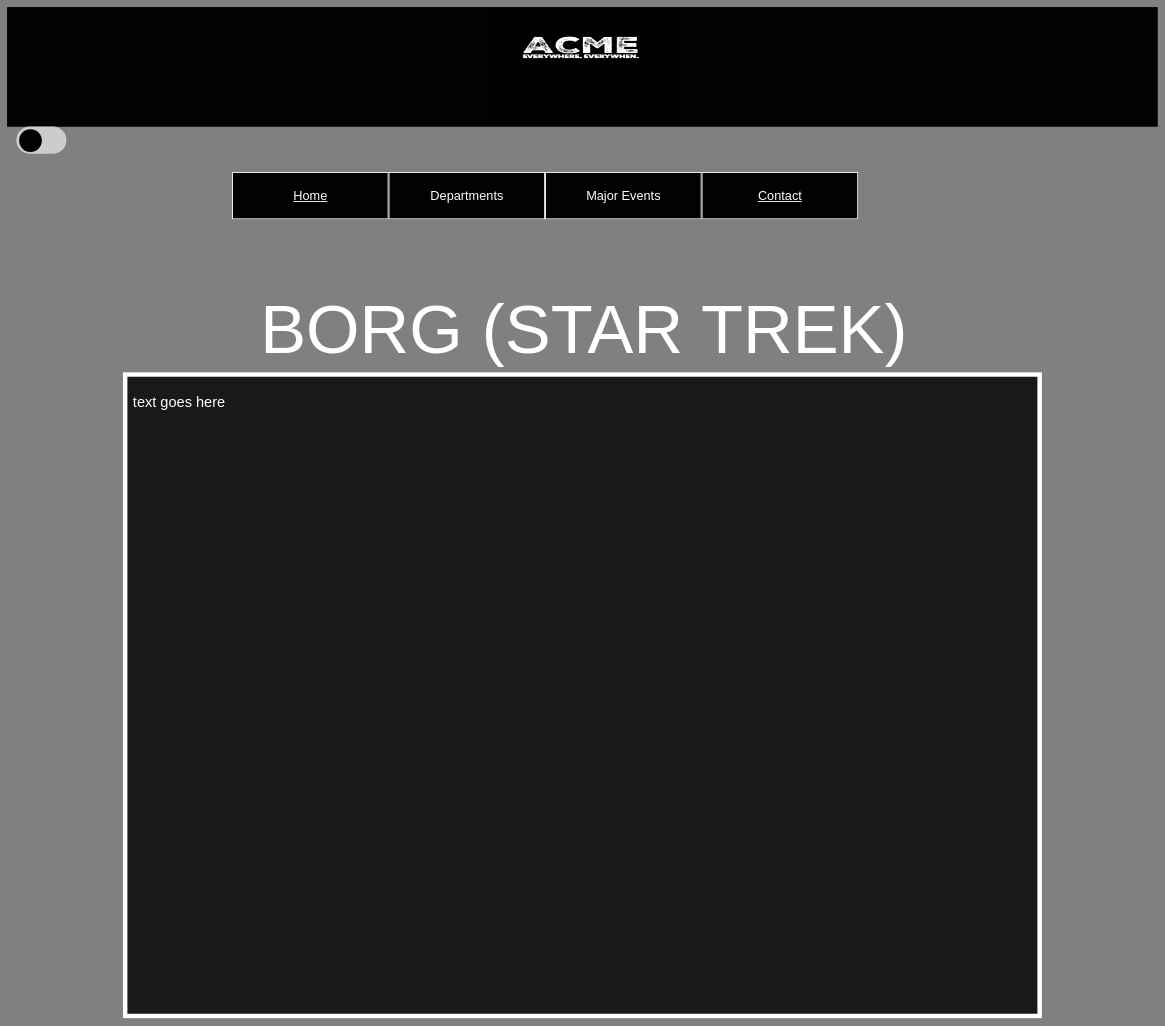
Repository: omega7379/omega7379.github.io
Page: ork.html
The author's editor kept a copy of each file at every save. The page is drawn from the files as they stood at one save, then again after the next save.
The browser window is 1280 px wide. The pictures show the whole page, at 91% of full size.

Above is the page before, as saved 2022-07-02 17:20:03.

### ork.html
<!--created by Josip Bailey
Created 250122, Last Update 240622-->
<!DOCTYPE html>
<!--meta data-->
<meta charset="UTF-8">
<meta http-equiv="X-UA-Compatible" content="IE=edge">
<meta name="viewport" content="width=device-width, initial-scale=1.0">

<html lang="en">
    <body class="background">
        <header>
            <head>
                <!--tab title-->
                <title>ACME TIKTOK</title>
                <link rel="icon" href="acmeanvil.png">

                <!--import css-->
                <link id = "theme" rel="stylesheet" type="text/css" href="acmeStyleGuideDark.css">
            </head>

            <div class="top">
                <img src="acmelogo.png" alt="Homescreen Logo" width="200" height="125">
            </div>
        </header>
        <!--main section-->
        <main>
            <!--create toggle button to adjust switch colour-scheme-->
            <span class="toggle">
                <label class="switch" onclick="toggleTheme()">
                    <input type="checkbox">
                    <span class="slider"></span>
                </label>
            </span>

            <!--dropdown menu-->
            <div class="wrapper">
                <ul>
                    <li><a href="home.html">Home</a></li>
                    <li>Departments
                        <ul>
                            <li>Support
                                <ul>
                                    <li><a href="villianSupport.html">Villian Support</a></li>
                                    <li><a href="heroSupport.html">Hero Support</a></li>
                                    <li><a href="sidekickSupport.html">Sidekick Support</a></li>
                                    <li><a href="antiheroSupport.html">Antihero Support</a></li>
                                    <li><a href="memberSolutions.html">Member Solutions</a></li>
                                    <li><a href="itSupport.html">IT Support</a></li>
                                </ul>
                            </li>
                            <li>Corporate
                                <ul>
                                    <li><a href="corporate.html">Corporate</a></li>
                                    <li><a href="legal.html">Legal</a></li>
                                    <li><a href="collections.html">Collections</a></li>
                                    <li><a href="buildCrew.html">Build Crew</a></li>
                                    <li><a href="marketing.html">Marketing</a></li>
                                    <li><a href="communications.html">Communications</li>
                                    <li><a href="letters.html">Letters</a></li>
                                    <li><a href="humanResources.html">Human Resources</a></li>
                                    <li><a href="transportation.html">Transportation</a></li>
                                    <li><a href="publicRelations.html">Public Relations</a></li>
                                    <li><a href="evidenceDisposal.html">Evidence Disposal</a></li>
                                </ul>
                            </li>
                        </ul>
                    </li>
                    <li>Major Events
                        <ul>
                            <li><a href="borg.html">Borg Attack</a></li>
                            <li><a href="ork.html">Ork Invasion</a></li>
                            <li><a href="councilWar.html">Council War</a></li>
                            <li><a href="timeKeepers.html">Time Keepers</a></li>
                            <li><a href="TerryEscape.html">Terry's Escape</a></li>
                            <li><a href="hacked.html">The Hacker</a></li>
                        </ul>
                    </li>
                    <li><a href="contact.html">Contact</a></li>
                </ul>
            </div>
        </br></br></br>
            <div class="title">
                <p>BORG (STAR TREK)</p>
            </div>
            <!--main table holding the contents of the page-->
            <div class="contentTable">
                <table>
                    <tr><td>
                        <!--contents of page go here-->
                        <p>
                            text goes here
                        </p>
                    </tr></td>
                </table>
            </div>
        </main>
        <script type="text/javascript" src="acmejs.js"></script>
    </body>
</html>

### acmeStyleGuideDark.css
/*CSS webpage dark mode ACME, created by Josip Bailey
created 170122, last update 170622*/

/*header styling applying black to expand image without stretching*/
div.top {
    border: 1px solid #010203;
    background-color: #010203;
    text-align: center;
    align-content: center;
}
.title{
    font-size: 2cm;
    margin: auto;
    text-align: center;
    align-content: center;
}

/*start of the toggle button might delete*/
div.toggle{
    position: absolute;
    top: 50%;
    left:50%;
    transform: translate(-50%,-50%);
    text-align: left;
}
.switch{
    position: relative;
    display: inline-block;
    width: 55px;
    height: 30px;
    margin: 0 10px;

}
.slider{
    position: absolute;
    cursor: pointer;
    top: 0;
    left: 0;
    right: 0;
    bottom: 0;
    background-color: #ccc;
    transition: 0.4s;
    border-radius: 18px;
}
.switch input {display: none;}
.slider:before{
    position: absolute;
    content:"";
    height: 25px;
    width: 25px;
    left: 2.5px;
    bottom: 2.5px;
    background-color: #010203;
    transition: 0.4s;
    border-radius: 25px;
}
input:checked + .slider{
    background-color: #ccc;
}

input:checked + .slider:before{
    transform: translateX(25px);
}
/*end of button styling*/

/*background*/
.background{
    background-color: grey;
}

/*adjust text*/
p{
    margin-bottom: 4px;
    margin-left: 3px;
    font-family: Arial, Helvetica, sans-serif;
    color: white;
}
.chapter{
    margin-bottom: 8px;
    font-family: Arial, Helvetica, sans-serif;
    color: white;
    font-size: 1cm;
    text-align: center;
}

/*contentTable styling*/
.contentTable{
    border: 5px solid white;
    background-color: #181A18;
    max-width: 1000px;
    margin: auto;
    height: 700px;
    overflow: scroll;
}
.contentTablePDF{
    border: 5px solid white;
    /*background-color: #181A18;*/
    max-width: 1000px;
    margin: auto;
    height: 700px;
}
::-webkit-scrollbar{
    width: 12px;
    height: 12px;
}
::-webkit-scrollbar-thumb {
    background: white;
    border-radius: 10px;
}
::-webkit-scrollbar-thumb:hover {
    background: crimson;
}

/*drop down menu*/
.wrapper{
    width: 850px;
    margin: auto;
}
.wrapper ul{
    list-style: none;
    margin-top: 5px;
}
.wrapper ul li{
    background: #010203;
    width: 170px;
    border: 1px solid white;
    height: 50px;
    line-height: 50px;
    text-align: center;
    float: left;
    color: white;
    font-size: 14px;
    position: relative;
    font-family: Arial, Helvetica, sans-serif;
}
.wrapper ul ul{
    display: none;
}
.wrapper ul li:hover{
    background: crimson;
}
/*not broken, just a FEATURE*/
.wrapper ul li:hover > ul{/*messing with padding here to increase mouse accuracy and drop alignment*/
    display: block;
    margin: 0 0 -10em -2em;
    padding: 0 0 -2em 2em;
    z-index: 1;
    position: relative;
}
.wrapper ul ul ul{
    margin-left: 136px;
    top: 0;
    position: absolute;
}
/*adjust hyperlink colours*/
a:link{
    color: white;
}
a:visited{
    color: white;
}
a:hover{
    color: black;
}

### acmejs.js
/*enable switch for css pages-->*/
/*function toggleTheme(){
    var theme = document.getElementsByTagName('link')[0];
    if (theme.getAttribute('href') == 'acmeStyleGuideDark.css'){
        theme.setAttribute('href', 'acmeStyleGuideLight.css');
    }
    else {
        theme.setAttribute('href', 'acmeStyleGuideDark.css');
    }
}*/

function toggleTheme(){
    document.getElementsById('theme').href='acmeStyleGuideLight'
}

After the next save:
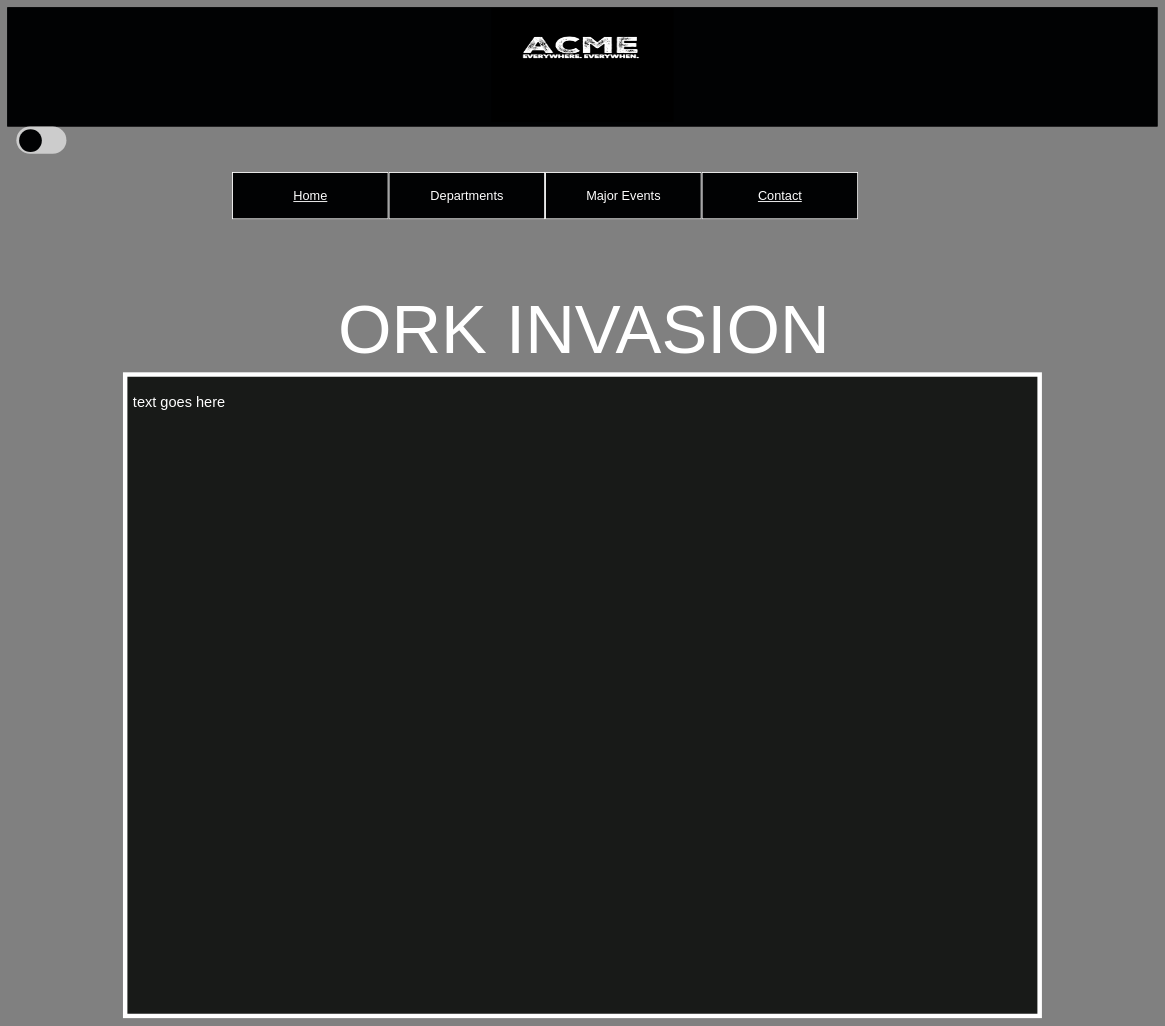
Saved 19 s later.
--- a/ork.html
+++ b/ork.html
@@ -80,7 +80,7 @@
             </div>
         </br></br></br>
             <div class="title">
-                <p>BORG (STAR TREK)</p>
+                <p>ORK INVASION</p>
             </div>
             <!--main table holding the contents of the page-->
             <div class="contentTable">
